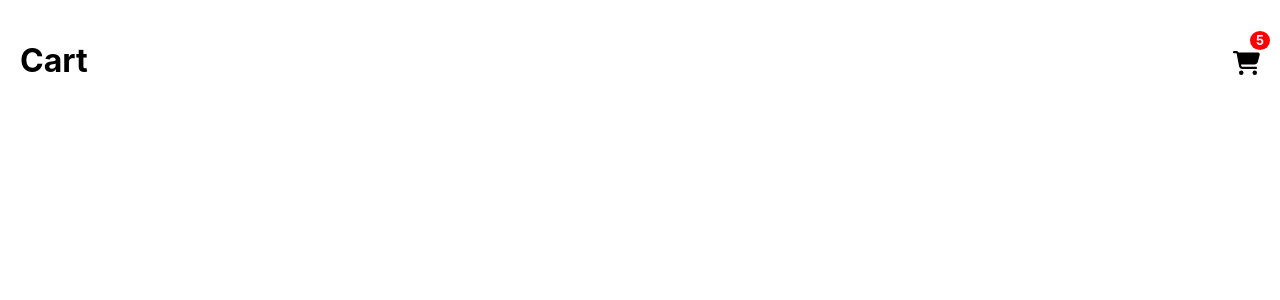
Repository: sriram1224/Cart-react-app
Page: /
These files come from the project's save history. The page is drawn as it stood at one moment and after the next save; the edit follows.
The browser window is 1280 px wide. The pictures show the whole page.
The project was rebuilt for these pictures with package versions that can differ from the ones it lists, and the page was loaded fresh each time.

Above is the page before, as saved 2024-03-12 13:46:56.

After the next save:
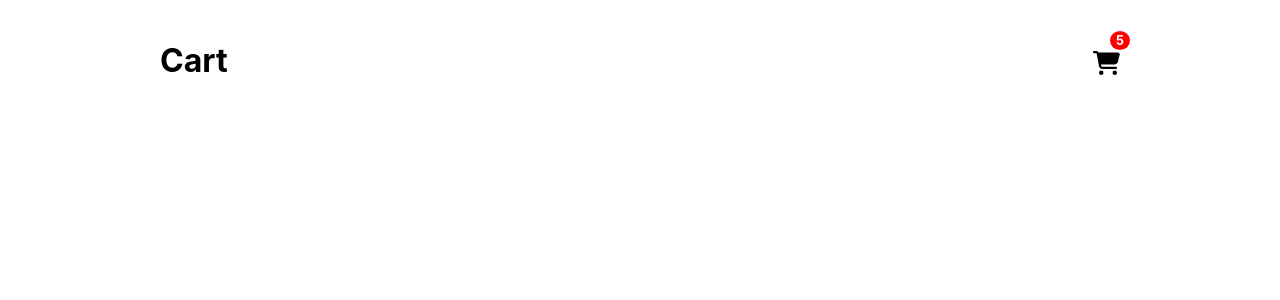
Saved 17 s later.
--- a/src/Components/Navbar.css
+++ b/src/Components/Navbar.css
@@ -25,7 +25,7 @@
 .cart{
     display: flex;
     justify-content: space-between;
-    margin: 20px;
+    margin: 20px 10rem;
     align-items: center;
 
 }
